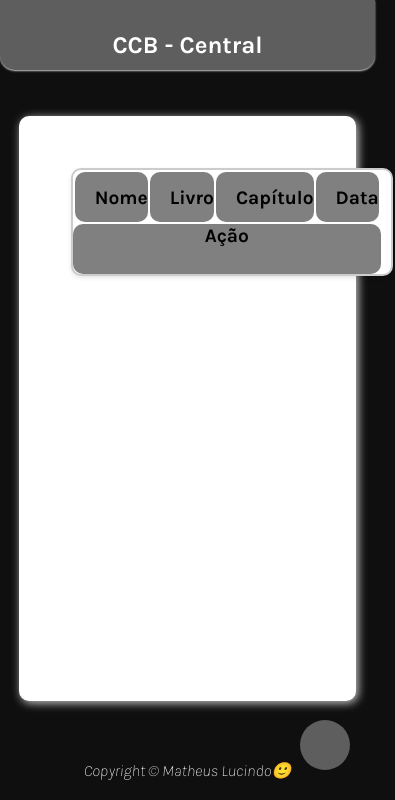
Repository: Matheus904-12/API-da-CCB
Page: index.html
The author's editor kept a copy of each file at every save. The page is drawn from the files as they stood at one save, then again after the next save.
The browser window is 375 px wide. The page is 395 px wide, so the pictures cover 395 px, including what lies to the right of the window. The pictures show the whole page.

Above is the page before, as saved 2024-01-14 01:35:55.

### index.html
<!DOCTYPE html>
<html lang="pt-BR">

<head>
    <meta charset="UTF-8">
    <meta http-equiv="X-UA-Compatible" content="IE=edge">
    <meta name="viewport" content="width=device-width, initial-scale=1.0">
    <link rel="preconnect" href="https://fonts.gstatic.com">
    <link href="https://fonts.googleapis.com/css2?family=Karla:ital,wght@0,400;0,700;1,200;1,800&display=swap"
        rel="stylesheet">
    <link rel="stylesheet" href="principal.css">
    <link rel="stylesheet" href="botao.css">
    <link rel="stylesheet" href="registros.css">
    <link rel="stylesheet" href="modal.css">
    <link rel="stylesheet" href="chat.css">
    <script src="script.js" defer></script>
    <title>CCB - Central</title>
</head>

<body>
    <header>

        <h1 class="header-title">CCB - Central</h1>
    </header>
    <br>
    <br>
    <br>
    <br>
    <main>
        <button type="button" class="button blue mobile" id="cadastrarCliente">Adicionar Recitativo</button>
        <table id="tableClient" class="records">
            <thead>
                <tr>
                    <th>Nome</th>
                    <th>Livro</th>
                    <th>Capítulo</th>
                    <th>Data</th>
                    <th>Ação</th>
                </tr>
            </thead>
            <tbody>

            </tbody>
        </table>
        <div class="modal" id="modal">
            <div class="modal-content">
                <header class="modal-header">
                    <h2>Recitativo</h2>
                    <span class="modal-close" id="modalClose">&#10006;</span>
                </header>
                <form id="form" class="modal-form">


                    <input type="text" id="nome" data-index="new" class="modal-field" placeholder="Nome"
                        required>

                    <input type="text" id="livro" class="modal-field" placeholder="Livro" required>

                    <input type="number" id="capitulo" class="modal-field" placeholder="Capítulo" required>

                    <input type="number" id="versiculo" class="modal-field" placeholder="Versículo" required>

                    <input type="date" id="data" class="modal-field" placeholder="Data" required>

                    <label for="auxiliar">Auxiliar</label>
                        <select id="auxiliar" class="modal-field">
                            <option value="none">Nenhum</option>
                            <option value="aline">Aline Gomes Santos</option>
                            <option value="alfredo">Alfredo Bruske Schuster</option>
                            <option value="alef">Alef Vinicius</option>
                            <option value="jose">José Victor Zeller Gonçalves</option>
                            <option value="jonas">Jonas Amorim Lopes da Silva</option>
                            <option value="loraine">Loraine de Assis Souza</option>
                            <option value="natalia">Natália de Sena Marques</option>
                        </select>


                </form>
                <footer class="modal-footer">
                    <button id="salvar" class="button green">Salvar</button>
                    <button id="cancelar" class="button blue">Cancelar</button>
                </footer>
            </div>
        </div>
    </main>
    <footer>
        Copyright &copy; Matheus Lucindo🙂
    </footer>
</body>

</html>

### principal.css
*{
    padding: 0;
    margin: 0;
    box-sizing: border-box;
}

:root{
    --primary-color: #5e5e5e;
    --secundary-color: #bdbd00;
    --shadow-color: #CCC;
    --text-color: #FFF;
}

body{
    min-height: 100vh;
    display: flex;
    flex-direction: column;
    font-family: 'karla', sans-serif;
    position:relative;
    background-color: #0f0f0f;
}

header{
    background-color: var(--primary-color);
    height: 70px;
    text-align: center;
    line-height: 70px;
    box-shadow: 0 1px 2px var(--shadow-color);
    border-radius: 0px 0px 15px 15px;
}

.header-title{
    color: white;
    font-size: 2rem;
}

main{
    flex-grow: 1;
    display: flex;
    flex-direction: column;
    align-items: flex-start;
    width: 90%;
    margin: 5vh auto;
    padding: 50px;
    box-shadow: 2px 2px 10px var(--shadow-color);
    gap: 20px;
    border-radius: 10px;
    background-color: #ffffff;
}

main, th {
}

footer{
    width:100;
    text-align: center;
    font-weight: 200;
    font-style: italic;
    padding: 20px;
    color: white;
}

### botao.css
.button{
    border-style: none;
    height: 40px;
    padding: 6px 12px;
    background-color: black;
    color: white;
    font-size: 1rem;
    cursor: pointer;
    transition: box-shadow .6s ease;
    border-radius: 10px;
}

.button.blue{
    background-color: #bdbd00;
}

button.green{
    background-color: #13CE66;
}

button.red{
    background-color: #FF4949;
}

.button:hover{
    box-shadow: inset 200px 0 0 #00000055;
}

/* Estilização da barra de rolagem */
::-webkit-scrollbar {
    width: 12px; /* Largura da barra de rolagem */
    border-radius: 10px;
}

::-webkit-scrollbar-thumb {
    background-color: #dbc834; /* Cor do polegar da barra de rolagem */
    border-radius: 100px; /* Borda do polegar da barra de rolagem */
}

::-webkit-scrollbar-track {
    display: none;
}

::-webkit-scrollbar-thumb:hover {
    background-color: #bdbd00; /* Cor do polegar da barra de rolagem ao passar o mouse sobre ele */
}

### registros.css
.records{
    width: 100%;
    user-select: none;
    text-align: left;
}

.records th{
    height: 50px;
    background-color:gray;
    padding-left: 20px;
    font-size: 1.2rem;
    border-radius: 10px;
}
.records td{
    height: 50px;
    padding-left: 20px;
    border-radius: 10px;
}

.records th:last-child,
.records td:last-child{
    padding: 0;
    min-width: 140px;
    text-align: center;
}

.records tr:hover{
    background-color: var(--secundary-color);
}

.records tr {
    border-radius: 10px;
}

### modal.css
.modal{
    position: fixed;
    top:0;
    left:0;
    width: 100%;
    height: 100%;
    background: #00000090;
    opacity: 0;
    z-index: -1;
}

.modal.active{
    opacity: 1;
    z-index: 1;
}

.modal-content{
    display: flex;
    flex-direction: column;
    gap:20px;
    width: 50vw;
    margin: 15vh auto;
    padding-bottom: 20px;
    background-color: white;
    box-shadow: 1px 1px 10px black;
    border-radius: 15px;
}

.modal-header{
    display: flex;
    position: relative;
    justify-content: center;
    height: 40px;
    line-height: 40px;
    font-size: 1rem;
    border-radius: 10px;
}

.modal-header, #h2 {
    color: white
}

.modal-close{
    position: absolute;
    right: 0;
    display: block;
    width: 40px;
    height: 40px;
    text-align: center;
    user-select: none;
    cursor: pointer;
    border-radius: 10px;
}

.modal-close:hover{
    background-color: #FF4949;
    color: white;
}

.modal-form{
    display: flex;
    justify-content: space-between;
    flex-wrap: wrap;
    gap: 20px;
    padding: 0 20px;
}

.modal-field{
    width: calc(50% - 10px);
    height: 40px;
    outline-style: none;
    border-style: none;
    box-shadow: 0 0 2px black;
    padding: 0 10px;
    font-size:1rem;
    border-radius: 10px;
}

.modal-field:focus{
    border: 2px solid var(--primary-color);
    box-shadow: 0 0 3px var(--primary-color);
}


.modal-footer{
    background-color: inherit;
    text-align: right;
    padding: 0 20px;
}

### chat.css
@media (max-width: 480px) {
    header {
        position: fixed;
        width: 100%;
        background-color: var(--primary-color);
        z-index: 1000;
    }

    .header-title {
        font-size: 1.5rem;
        color: white;
        padding: 10px;
        text-align: center;
    }

    .button.mobile {
        font-size: 0;
        width: 50px;
        height: 50px;
        border-radius: 50%;
        position: fixed;
        top: 90vh;
        left: 80vw;
        background-color: var(--primary-color);
        border: none;
        display: flex;
        align-items: center;
        justify-content: center;
        z-index: 1001;
    }

    .button.mobile img {
        width: 60%;
        height: 60%;
        filter: invert(1);
    }

    .records th.mobile,
    .records td.mobile {
        display: none;
    }

    .records tr {
        border-radius: 10px;
        display: block;
        margin-bottom: 20px;
        border: 2px solid #ccc;
        background-color: white;
        box-shadow: 0 2px 4px rgba(0, 0, 0, 0.1);
        padding: 0px;
        padding-right: 10px;
    }

    .records td {
        display: flex;
        flex-wrap: wrap;
        justify-content: space-between;
        margin: 10px 0;
    }

    .records th:last-child,
    .records td:last-child {
        padding: 0;
        min-width: 140px;
        text-align: center;
        display: block;
        margin: 0 auto;
    }

    .modal {
        top: 100%;
        transition: all 1s ease;
        background-color: rgba(0, 0, 0, 0.5);
        display: flex;
        align-items: center;
        justify-content: center;
    }

    .modal.active {
        top: 0;
    }

    .modal-content {
        margin: 0;
        width: 90%;
        max-width: 400px;
        background-color: white;
        box-shadow: 0 2px 4px rgba(0, 0, 0, 0.1);
        border-radius: 10px;
        padding: 20px;
        position: relative;
    }

    .modal-field {
        width: 100%;
        margin-bottom: 15px;
        padding: 10px;
        border: 1px solid #ccc;
        border-radius: 5px;
        box-sizing: border-box;
    }
}

### script.js
'use strict'

const openModal = () => document.getElementById('modal')
    .classList.add('active')

const closeModal = () => {
    clearFields()
    document.getElementById('modal').classList.remove('active')
}


const getLocalStorage = () => JSON.parse(localStorage.getItem('db_client')) ?? []
const setLocalStorage = (dbClient) => localStorage.setItem("db_client", JSON.stringify(dbClient))

// CRUD - create read update delete
const deleteClient = (index) => {
    const dbClient = readClient()
    dbClient.splice(index, 1)
    setLocalStorage(dbClient)
}

const updateClient = (index, client) => {
    const dbClient = readClient()
    dbClient[index] = client
    setLocalStorage(dbClient)
}

const readClient = () => getLocalStorage()

const createClient = (client) => {
    const dbClient = getLocalStorage()
    dbClient.push (client)
    setLocalStorage(dbClient)
}

const isValidFields = () => {
    return document.getElementById('form').reportValidity()
}

//Interação com o layout

const clearFields = () => {
    const fields = document.querySelectorAll('.modal-field')
    fields.forEach(field => field.value = "")
    document.getElementById('nome').dataset.index = 'new'
    document.querySelector(".modal-header>h2").textContent  = 'Novo Versículo'
}

const saveClient = () => {
    if (isValidFields()) {
        const client = {
            auxiliar: document.getElementById('auxiliar').value,
            nome: document.getElementById('nome').value,
            livro: document.getElementById('livro').value,
            capitulo: document.getElementById('capitulo').value,
            versiculo: document.getElementById('versiculo').value,
            data: document.getElementById('data').value
        }
        const index = document.getElementById('nome').dataset.index;
        if (index == 'new') {
            createClient(client);
            updateTable();
            closeModal();
        } else {
            updateClient(index, client);
            updateTable();
            closeModal();
        }
    }
}

const createRow = (client, index) => {
    const newRow = document.createElement('tr')
    newRow.innerHTML = `

        <td>${client.nome}</td>
        <td>${client.livro}</td>
        <td>${client.capitulo}</td>
        <td>${client.data}</td>
        <td>
            <button type="button" class="button green" id="edit-${index}">Editar</button>
            <button type="button" class="button red" id="delete-${index}" >Excluir</button>
        </td>
    `
    document.querySelector('#tableClient>tbody').appendChild(newRow)
}

const clearTable = () => {
    const rows = document.querySelectorAll('#tableClient>tbody tr')
    rows.forEach(row => row.parentNode.removeChild(row))
}

const updateTable = () => {
    const dbClient = readClient()
    clearTable()
    dbClient.forEach(createRow)
}

const fillFields = (client) => {
    document.getElementById('auxiliar').value = client.auxiliar
    document.getElementById('nome').value = client.nome
    document.getElementById('livro').value = client.livro
    document.getElementById('capitulo').value = client.capitulo
    document.getElementById('versiculo').value = client.versiculo
    document.getElementById('data').value = client.data
    document.getElementById('nome').dataset.index = client.index
}

const editClient = (index) => {
    const client = readClient()[index]
    client.index = index
    fillFields(client)
    document.querySelector(".modal-header>h2").textContent  = `Editando ${client.nome}`
    openModal()
}

const editDelete = (event) => {
    if (event.target.type == 'button') {

        const [action, index] = event.target.id.split('-')

        if (action == 'edit') {
            editClient(index)
        } else {
            const client = readClient()[index]
            const response = confirm(`Deseja realmente excluir o cliente ${client.nome}`)
            if (response) {
                deleteClient(index)
                updateTable()
            }
        }
    }
}

updateTable()

// Eventos
document.getElementById('cadastrarCliente')
    .addEventListener('click', openModal)

document.getElementById('modalClose')
    .addEventListener('click', closeModal)

document.getElementById('salvar')
    .addEventListener('click', saveClient)

document.querySelector('#tableClient>tbody')
    .addEventListener('click', editDelete)

document.getElementById('cancelar')
    .addEventListener('click', closeModal)

After the next save:
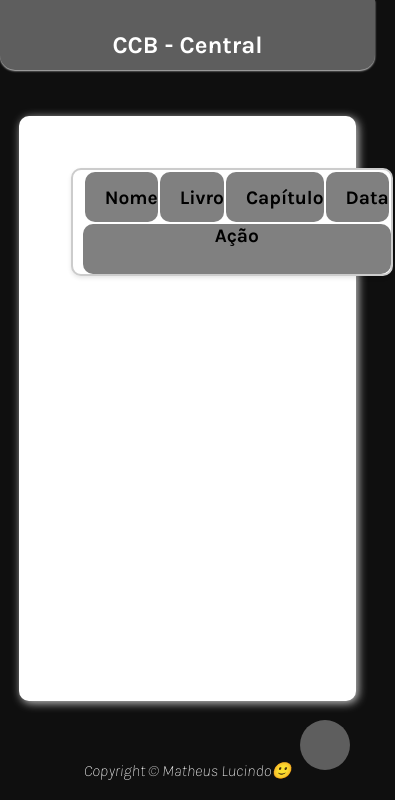
Saved 8 s later.
--- a/chat.css
+++ b/chat.css
@@ -48,7 +48,7 @@
         background-color: white;
         box-shadow: 0 2px 4px rgba(0, 0, 0, 0.1);
         padding: 0px;
-        padding-right: 10px;
+        padding-left: 10px;
     }
 
     .records td {
